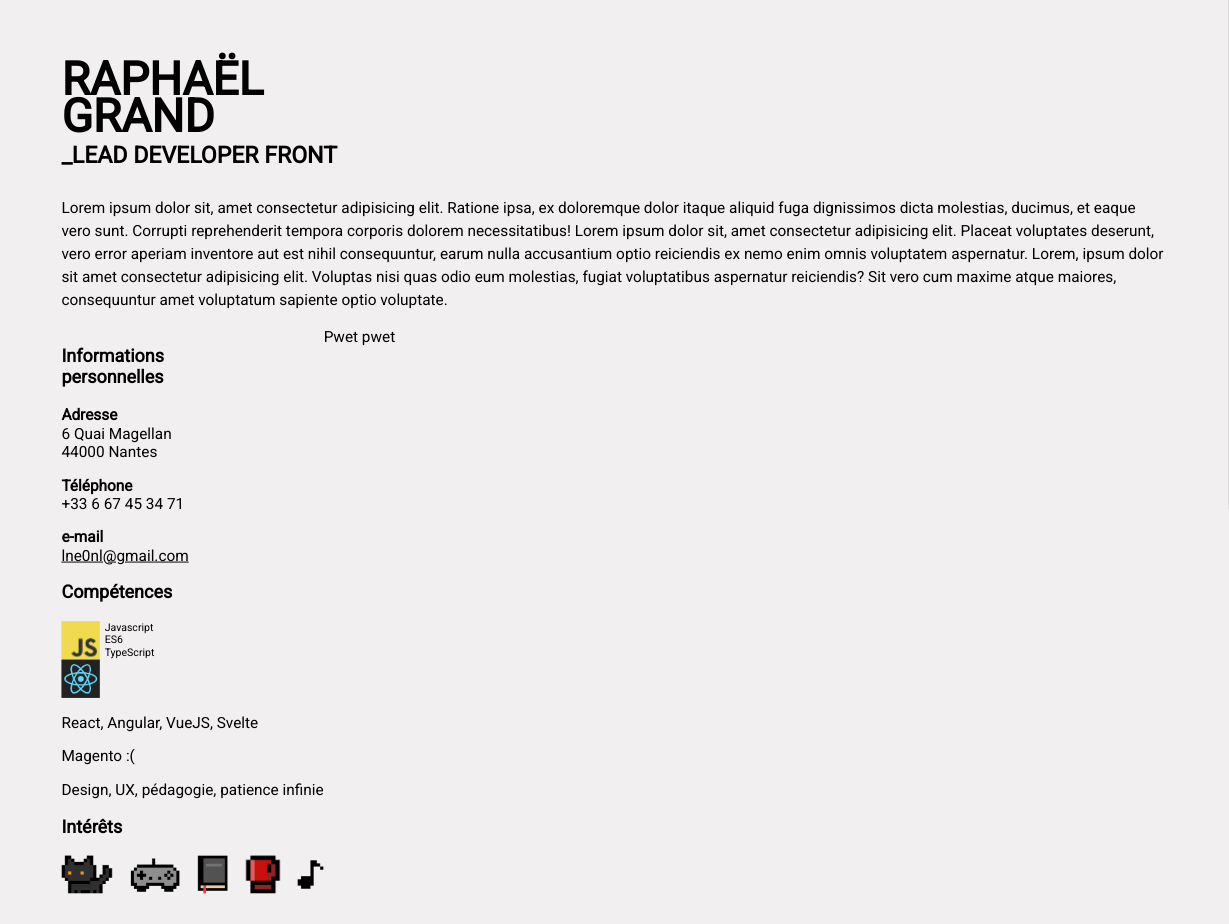
Repository: lne0nl/resume
Page: index.html
These files come from the project's save history. The page is drawn as it stood at one moment and after a run of saves; the edit follows.
The browser window is 1280 px wide. The pictures show the whole page, at 96% of full size.

Above is the page before, as saved 2021-12-10 11:25:20.

After the next 2 saves:
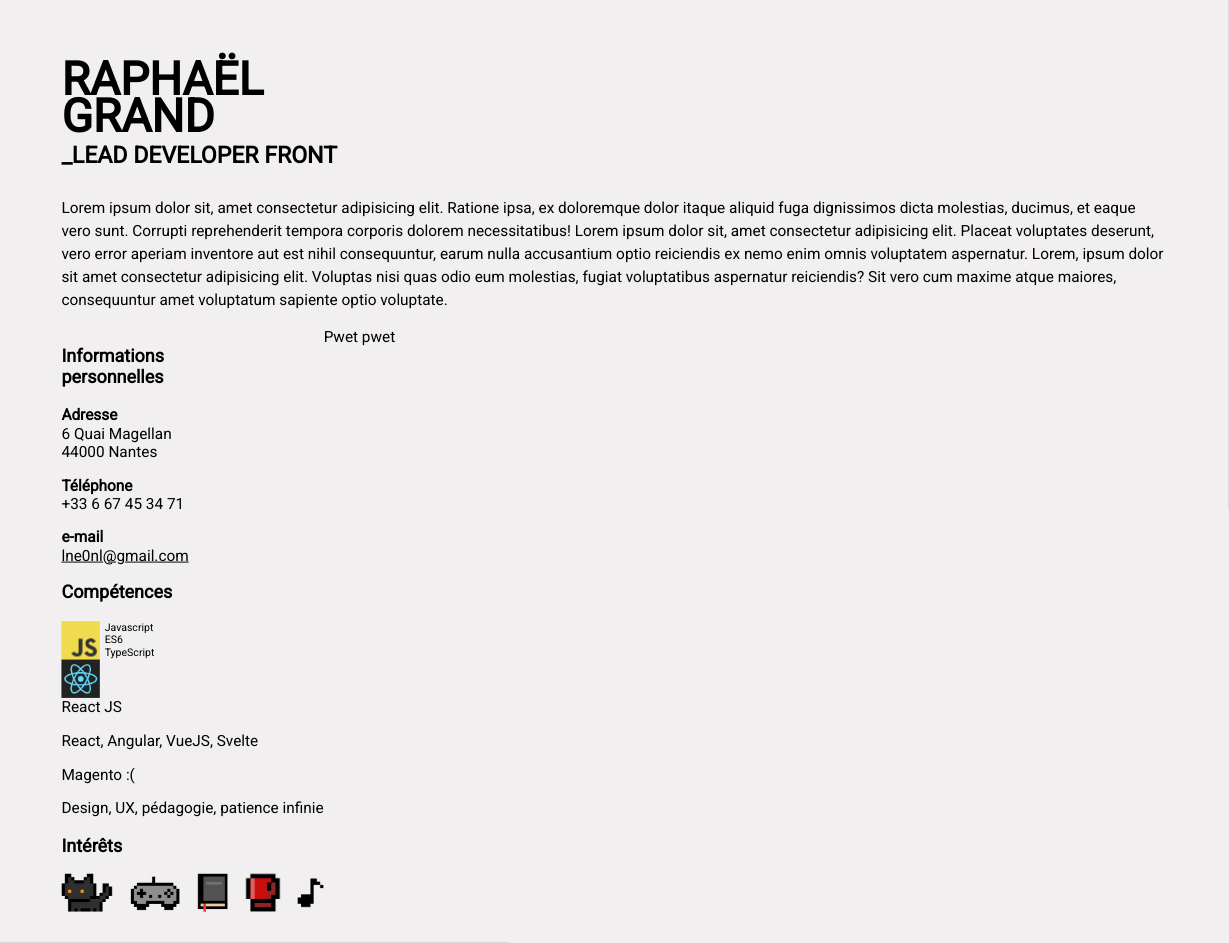
The 2 saves are shown as one change because they came seconds apart.
The last was saved 14 s later.
--- a/index.html
+++ b/index.html
@@ -58,6 +58,7 @@
           </div>
           <div class="frameworks">
             <img class="logo" src="images/react.png" alt="React Js" title="React Js">
+            React JS
           </div>
           <ul>
             <li>
